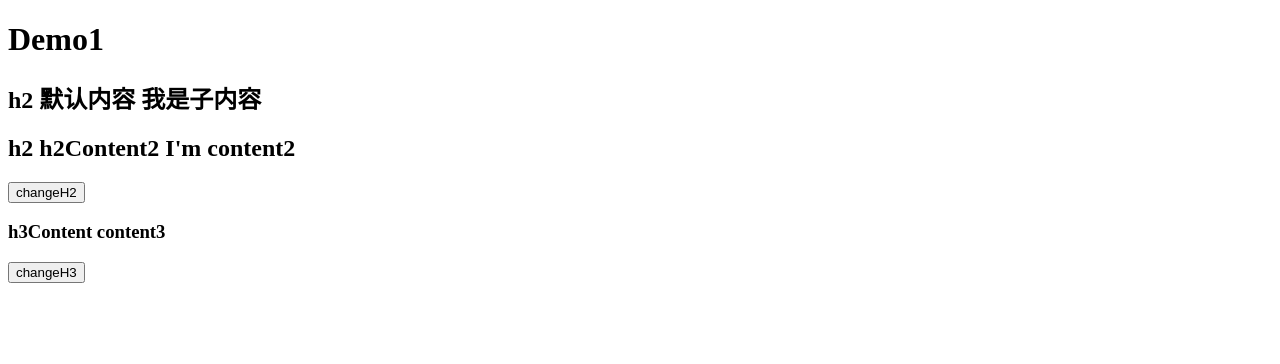
Repository: SlimShadyBaby/study-vue
Page: code/003-JavaScript/demo1.html
An editor plug-in stored every save of this project. The page is shown before and after the next save, followed by the edit.
The browser window is 1280 px wide. The pictures show the whole page.

Above is the page before, as saved 2021-09-07 20:08:28.

After the next save:
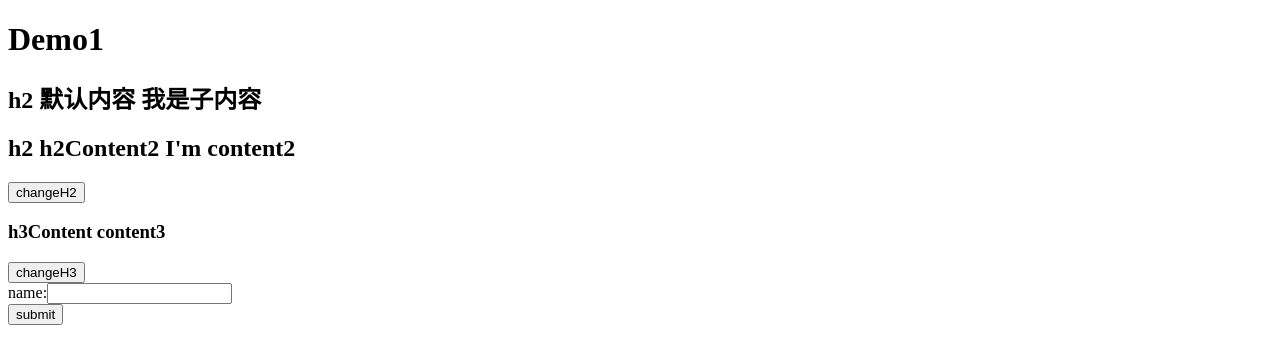
Saved 2 min 9 s later.
--- a/code/003-JavaScript/demo1.html
+++ b/code/003-JavaScript/demo1.html
@@ -35,5 +35,12 @@
         <span>content3</span>
     </h3>
     <input type="button" value="changeH3" onclick="changeH3();">
+
+    <form action="api/employee/save" method="POST" onsubmit="return validateData()">
+        name:<input type="text" id="textname">
+        <br>
+        <input type="submit" value="submit">
+
+    </form>
 </body>
 </html>
